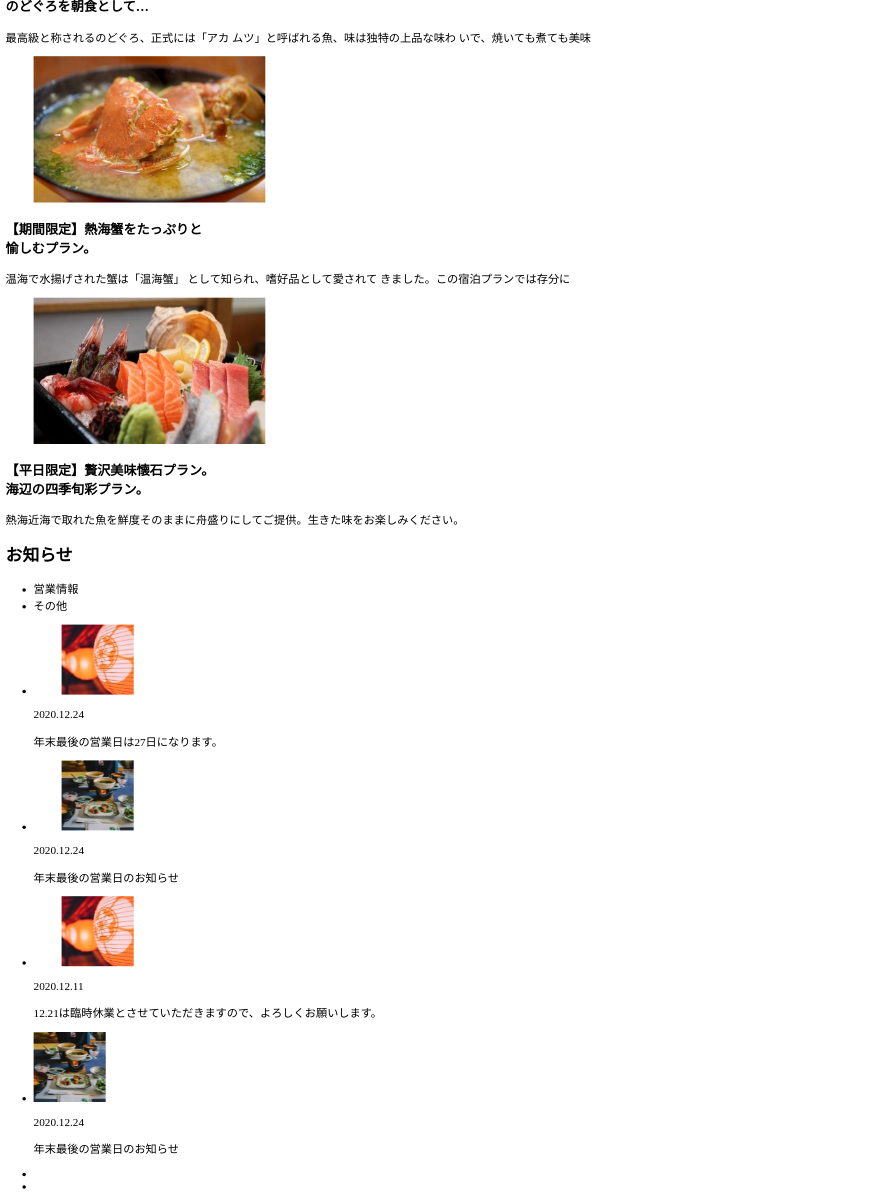
Repository: yuukiyokoyama/compex1
Page: index.html
An editor plug-in stored every save of this project. The page is shown before and after the next save, followed by the edit.
The browser window is 1280 px wide. The pictures show the part of the page from y = 3676 to 5596 px (the page is 5396 px tall before and 5596 px after), at 70% of full size.

Above is the page before, as saved 2021-09-17 23:38:47.

After the next save:
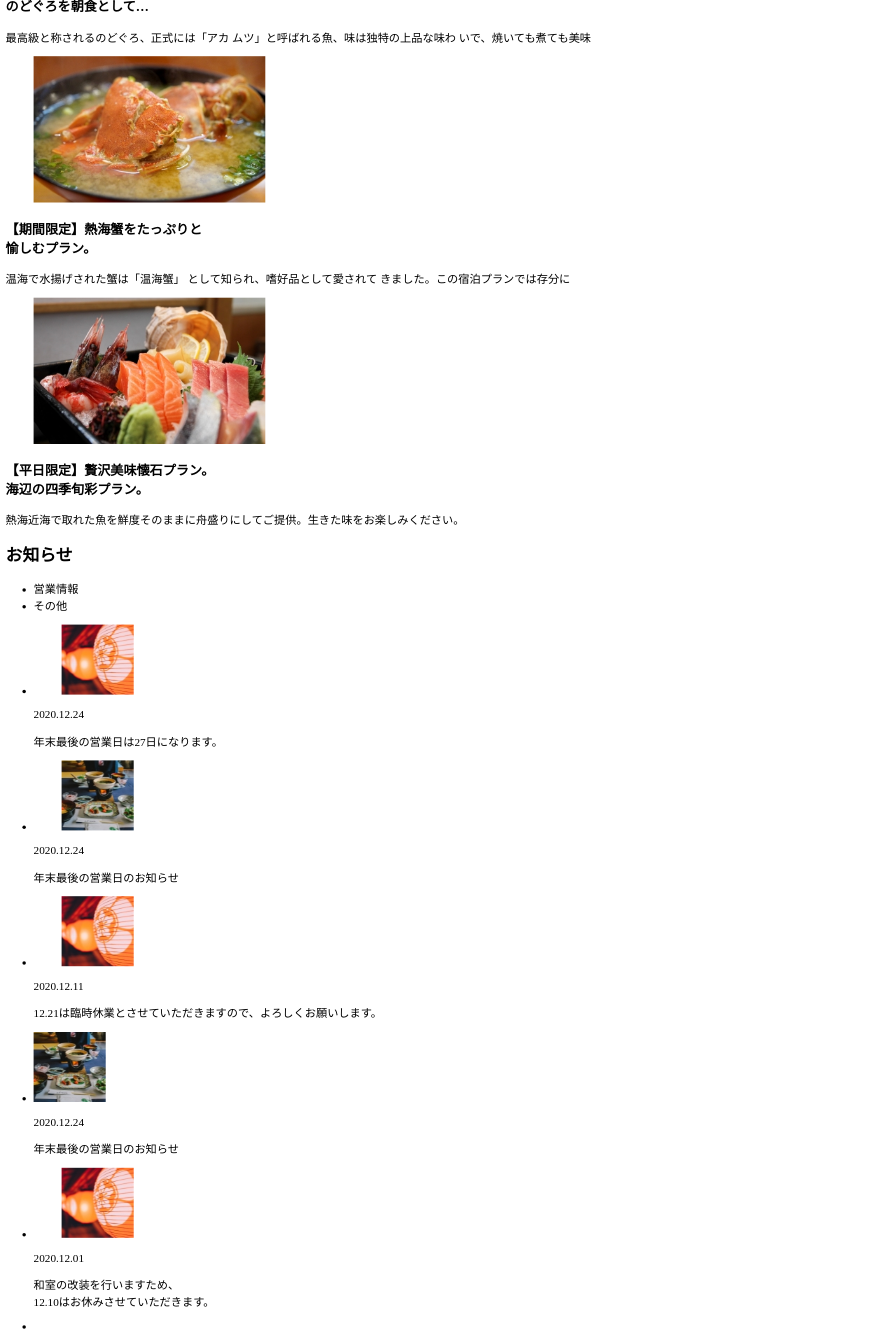
Saved 2 min 46 s later.
--- a/index.html
+++ b/index.html
@@ -383,7 +383,20 @@
                   </div>
                   <!-- news__list-item-wrapper -->
                 </li>
-                <li class="news__list-item"></li>
+                <li class="news__list-item">
+                  <div class="news__list-item-wrapper">
+                    <figure class="news__img-wrpper">
+                      <img src="images/news01.jpg" alt="ニュース" />
+                    </figure>
+                    <div class="news__body">
+                      <p class="news__date">2020.12.01</p>
+                      <p class="news__text">
+                        和室の改装を行いますため、<br />
+                        12.10はお休みさせていただきます。
+                      </p>
+                    </div>
+                  </div>
+                </li>
                 <li class="news__list-item"></li>
               </ul>
             </div>
